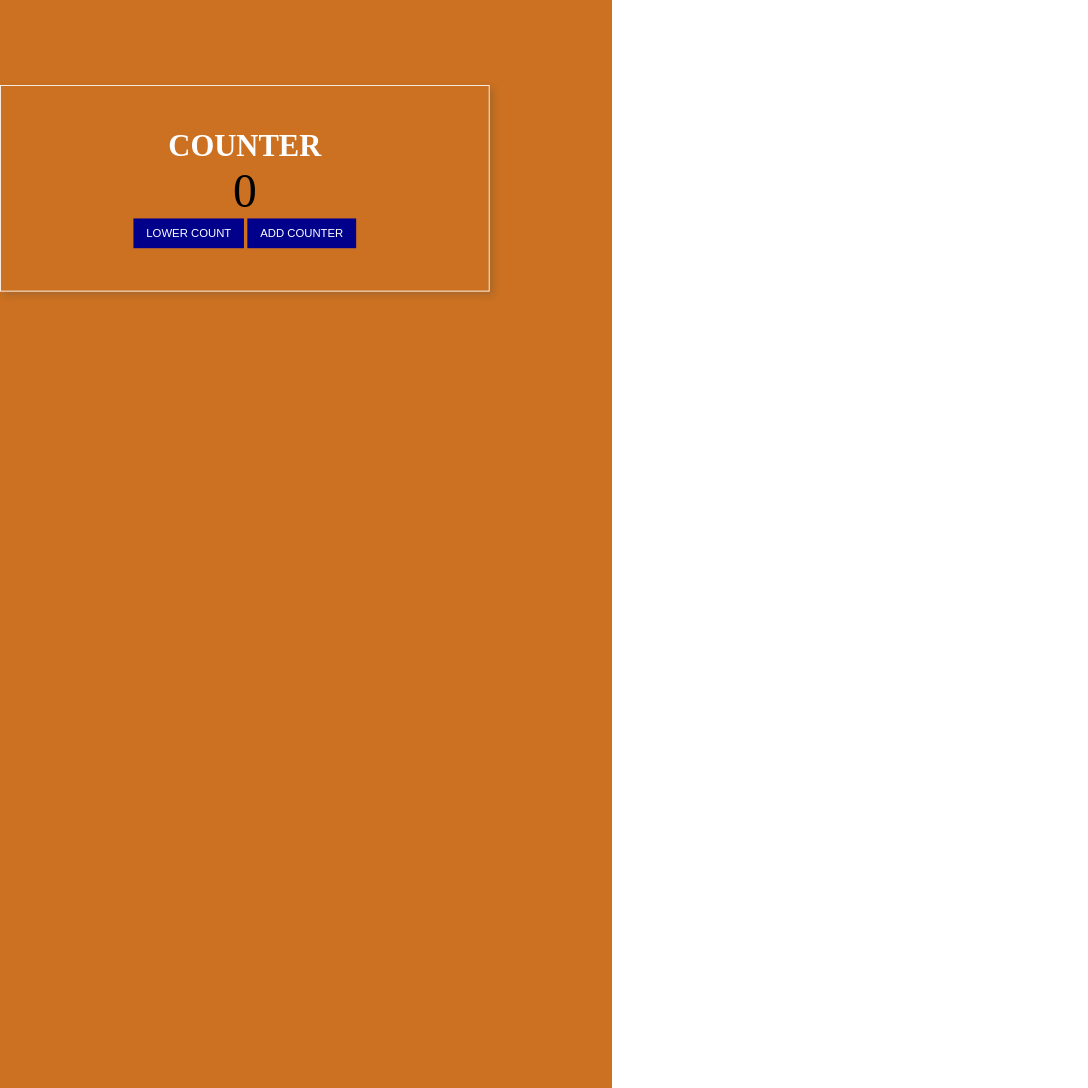
Repository: lusine-tech/counter
Page: index.html
These files come from the project's save history. The page is drawn as it stood at one moment and after the next save; the edit follows.
The browser window is 1280 px wide. The pictures show the whole page, at 85% of full size.

Above is the page before, as saved 2022-02-14 17:02:46.

### index.html
<!DOCTYPE html>
<html lang="en">
<head>
    <meta charset="UTF-8">
    <meta http-equiv="X-UA-Compatible" content="IE=edge">
    <meta name="viewport" content="width=device-width, initial-scale=1.0">
    <link rel="stylesheet" href="style.css">
    <title>counter</title>
</head>
<body>
    <section class="background">
        <div class="block">
            <h3 class="title">Counter</h3>
            <p class="num">0</p>
    <div class="buttons">
       <button class="btn" id="btn-left">lower count</button>
       <button class="btn" id="btn-right">add Counter</button>
    </div>
    </div>
    </section>
   <script src="/script.js"></script>
</body>
</html>

### style.css
*{
    margin: 0;
    padding: 0;
    box-sizing: border-box;
}

.background {
    width: 100vh;
    height: 100vw;
    background-color: #cb7121;
    text-align: center;
   padding-top: 100px;
}

.block {
    width: 80%;
    border: 1px solid #fff;
    padding: 50px 20px;
    -webkit-box-shadow: 4px 4px 8px 0px rgba(34, 60, 80, 0.2);
-moz-box-shadow: 4px 4px 8px 0px rgba(34, 60, 80, 0.2);
box-shadow: 4px 4px 8px 0px rgba(34, 60, 80, 0.2);
}
.title {
    color: #fff;
    font-size: 36px;
    text-transform: uppercase;
}
.num {
    font-size: 56px;
}
.btn {
    padding: 10px 15px;
    color: #fff;
        cursor: pointer;
    transition: 0.5s ease;
    border: none;
    outline: none;
    background-color: #00008B;
    text-transform: uppercase;
}

Loaded but not shown: script.js (no copy from this time; the picture is the same without it)

After the next save:
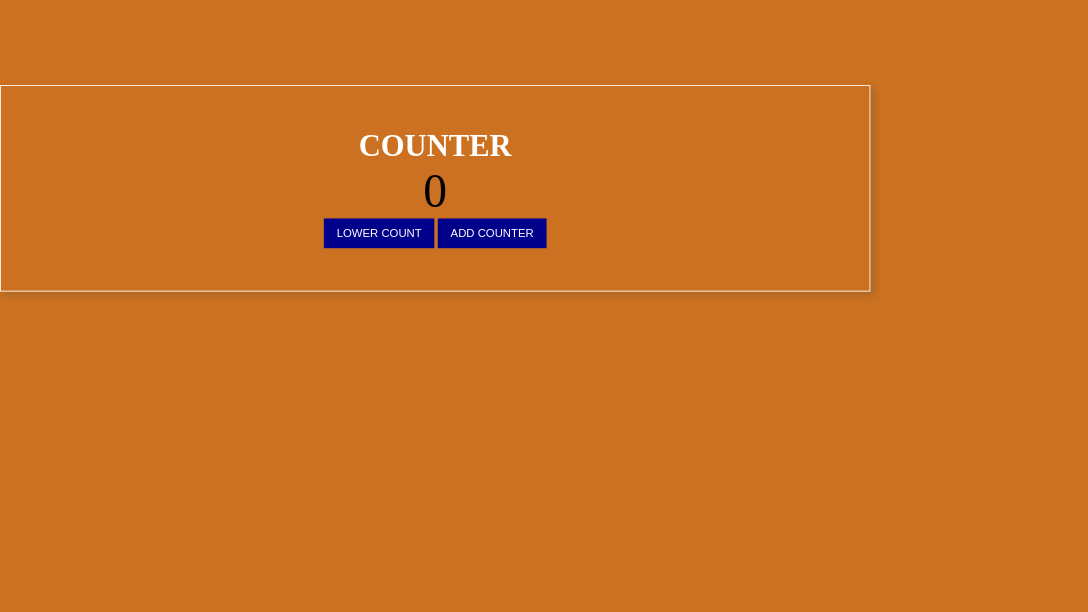
Saved 53 s later.
--- a/style.css
+++ b/style.css
@@ -5,8 +5,8 @@
 }
 
 .background {
-    width: 100vh;
-    height: 100vw;
+    height: 100vh;
+    width: 100vw;
     background-color: #cb7121;
     text-align: center;
    padding-top: 100px;
